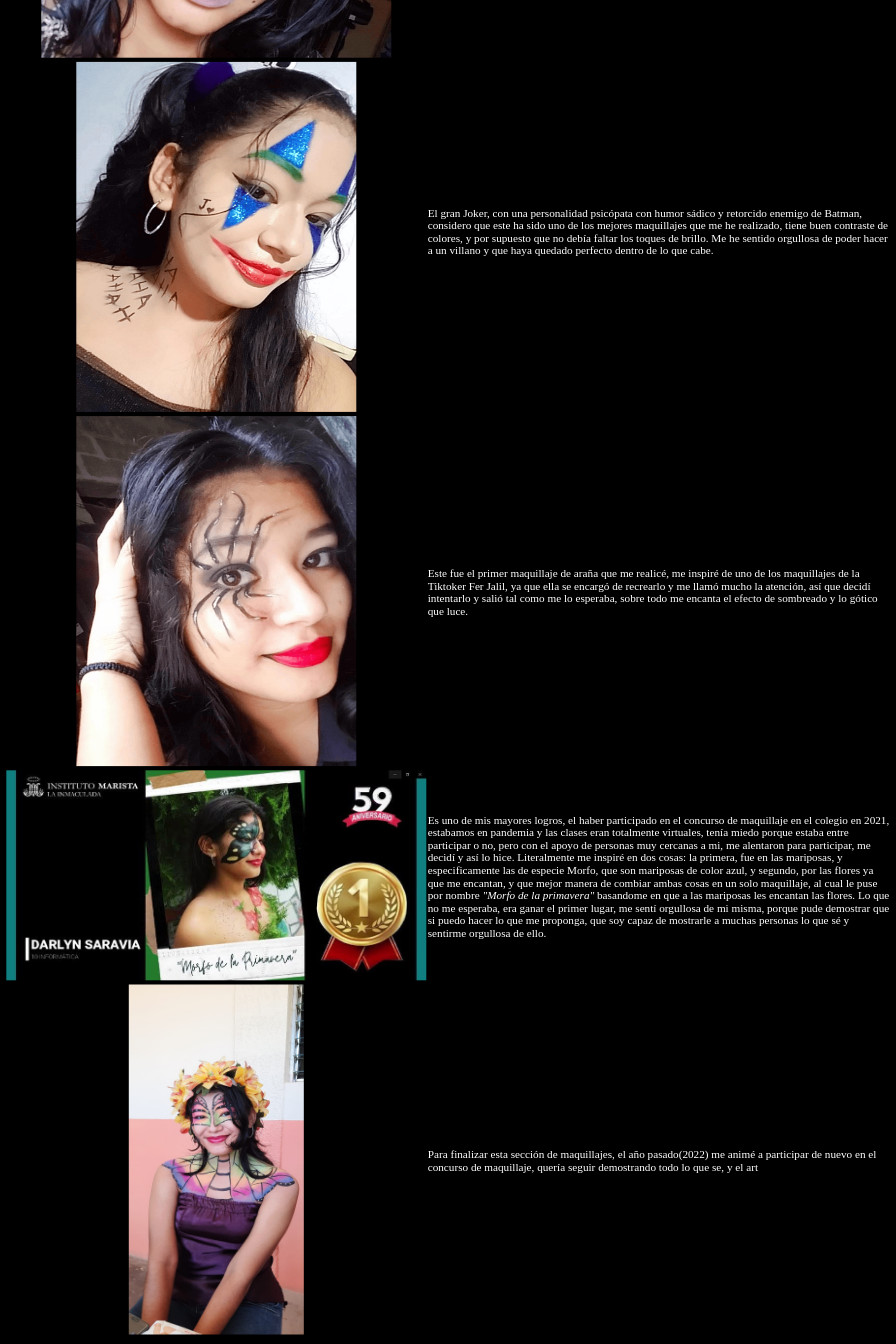
Repository: darlyn-saravia27/portafolio-darlynsaravia
Page: archivoshtml/maquillaje.html
These files come from the project's save history. The page is drawn as it stood at one moment and after the next save; the edit follows.
The browser window is 1280 px wide. The pictures show the part of the page from y = 3088 to 5008 px (the page is 5008 px tall), at 70% of full size.

Above is the page before, as saved 2023-03-07 02:28:16.

### archivoshtml/maquillaje.html
<!DOCTYPE html>
<html lang="es">
<head>
    <meta charset="UTF-8">
    <meta http-equiv="X-UA-Compatible" content="IE=edge">
    <meta name="viewport" content="width=device-width, initial-scale=1.0">
    <title>Maquillaje</title>
</head>
<body bgcolor="black">
    <table align="center" cellspacing="0" width="100%">
        <tr>
            <td align="center" colspan="2">
                <h1><font color="D10E9C">Mis maquillajes</font></h1>
            </td>
            <br>
            <br>
        </tr>
        <tr>
            <td colspan="2">
                <p><font color="white">Como mencionaba anteriormente, uno de mis principales pasatiempos favoritos es maquillarme,
                y es por ello que muestro algunos de los maquillajes artisticos que me he realizado, la
                mayoria de ellos los realicé en Octubre, ya que sentia que tenia mas disponibilidad en mi tiempo
                y pude enfocarme mucho en los detalles y paciencia que cada uno de ellos requiere.</font>
                </p>
                <br>
                <br>
            </td>
        </tr>
        <tr>
            <td align="center">
                <img src="fo1.png" width="300px" height="500px">
            </td>
            <td>
                <font color="white">Este maquillaje representa a una hada, me gusto por su sencillez, y la vivacidad de
                    los colores que este lleva, colores azules tanto oscuros como claros y toques violetas
                    con brillos, obviamente como se puede resaltar la corona de flores que llevo puesta
                    sobre mi cabeza.</font>
                <br>
                <br>
            </td>
        </tr>
        <tr>
            <td align="center">
                <img src="fo2.png" width="300px" height="500px">
            </td>
            <td><font color="white">Este maquillaje es literalmente la representación de una de mis mayores miedos,
                a las arañas, en el cual usé mi color favorito, negro, el cual es muy dificil de difuminar,
                ya que requiere de mucha practica y paciencia, cabe destacar que en esta fotografia es
                la segunda vez que lo hice, ya que le agregue una tela de araña en el otro ojo, y para darle
                un toque gótico los labios negros con brillos amarillos.</font>
                <br>
                <br>
            </td>
        </tr>
        <tr>
            <td align="center">
                <img src="fo3.png" width="340px" height="500px">
            </td>
            <td><font color="white">Este maquillaje es una recreación de la otra madre, de la película
                Coraline, que es la principal antagonista de la historia cuyo origen es desconocido, la
                cual vive en un mundo paralelo al de Coraline cruzando por una pequeña puerta en la sala
                de estar, al cual es llamado <i>"el otro mundo"</i>. En este maquillaje se usa la técnica
                de sombreado a modo de achicar mas la cara y hacerla ver huesuda como popularmente se le dice
                y para dar un toque de color, el uso de labios rojos y sobre los labios, el caracteristico lunar
                de ese ser malvado.</font>
                <br>
                <br>
            </td>
        </tr>
        <tr>
            <td align="center">
                <img src="fo4.png" width="500px" height="400px">
            </td>
            <td><font color="white">Recreación del maquillaje de Morticia Addams, entrando en contexto
                con este personaje, es el corazón, reina y alma de la Familia Addams, se describe como
                una vampiresa de piel pálida, cabello negro lacio, que usa vestidos negros góticos para
                combinar con su pelo. Volviendo al tema, quise recrear el maquillaje de una Tiktoker famosa,
                llamada Dorys Jocelyn Velásquez, la cual es una maquillista profesional y recrea maquillajes
                de todo tipo de ocasión, y por supuesto, los maquillajes artísticos, y me llamo mucho la atención
                el echo de como fucionó el personaje de Morticia con una catrina, tipos de maquillajes que los
                mexicanos usan el día de muertos. Recalco que me fascina trabajar con colores neutros, pero
                con el color negro en cualquier tipo de maquillaje es difícil de manejar, pero que con práctica,
                dedicación y paciencia, todo se hace mas fácil.</font>
                <br>
                <br>
            </td>
        </tr>
        <tr>
            <td align="center">
                <img src="fo5.png" width="300px" height="500px">
            </td>
            <td><font color="white">El maquillarte es como utilizar un lienzo blanco en el cual
                te dejas guiar por tu imaginación y gustos y comienzas a pintar, esta es una breve descripción
                de este maquillaje, ya que quise no lleva un patrón ni guía, simplemente es colorear de la
                manera en que gustes, usando cualquier variedad de tonos de colores, sombras, etc. </font>
                <br>
                <br>
            </td>

        </tr>
        <tr>
            <td align="center">
                <img src="fo6.png" width="500px" height="400px">
            </td>
            <td><font color="white">Quise agregar esta "tierna" fotografía sobre un maquillaje de un animal,
                una osa, representación de la fauna de los bosques, creo que ha sido uno de los mas sencillos
                y fáciles que he realizado.
                </font>
                <br>
                <br>
            </td>
        </tr>
        <tr>
            <td align="center">
                <img src="fo7.png" width="400px" height="500px">
            </td>
            <td><font color="white">El gran Joker, con una personalidad psicópata con humor sádico
                y retorcido enemigo de Batman, considero que este ha sido uno de los mejores maquillajes
                que me he realizado, tiene buen contraste de colores, y por supuesto que no debía faltar
                los toques de brillo. Me he sentido orgullosa de poder hacer a un villano y que haya quedado
                perfecto dentro de lo que cabe.</font>
                <br>
                <br>
            </td>

        </tr>
        <tr>
            <td align="center">
                <img src="fo8.png" width="400px" height="500px">
            </td>
            <td><font color="white">Este fue el primer maquillaje de araña que me realicé, me
                inspiré de uno de los maquillajes de la Tiktoker Fer Jalil, ya que ella se encargó de
                recrearlo y me llamó mucho la atención, así que decidí intentarlo y salió tal como me lo
                esperaba, sobre todo me encanta el efecto de sombreado y lo gótico que luce.
            </font></td>
            <br>
            <br>
        </tr>
        <tr>
            <td align="center">
                <img src="makedada.png" width="600px" height="300px">
            </td>
            <td><font color="white">Es uno de mis mayores logros, el haber participado en el concurso
                de maquillaje en el colegio en 2021, estabamos en pandemia y las clases eran totalmente
                virtuales, tenía miedo porque estaba entre participar o no, pero con el apoyo de personas
                muy cercanas a mi, me alentaron para participar, me decidí y así lo hice.
                Literalmente me inspiré en dos cosas: la primera, fue en las mariposas, y especificamente las
                de especie Morfo, que son mariposas de color azul, y segundo, por las flores ya que me encantan,
                y que mejor manera de combiar ambas cosas en un solo maquillaje, al cual le puse por nombre <i>"Morfo
                de la primavera"</i> basandome en que a las mariposas les encantan las flores.
                Lo que no me esperaba, era ganar el primer lugar, me sentí orgullosa de mi misma, porque
                pude demostrar que si puedo hacer lo que me proponga, que soy capaz de mostrarle a muchas
                personas lo que sé y sentirme orgullosa de ello.
            </font></td>
            <br>
            <br>
        </tr>
        <tr>
            <td align="center">
                <img src="makedada2.png" width="250px" height="500px">
            </td>
            <td><font color="white">Para finalizar esta sección de maquillajes, el año pasado(2022)
                me animé a participar de nuevo en el concurso de maquillaje, quería seguir demostrando todo
                lo que se, y el art
            </font></td>
            <br>
            <br>
        </tr>
    </table>
</body>
</html>

After the next save:
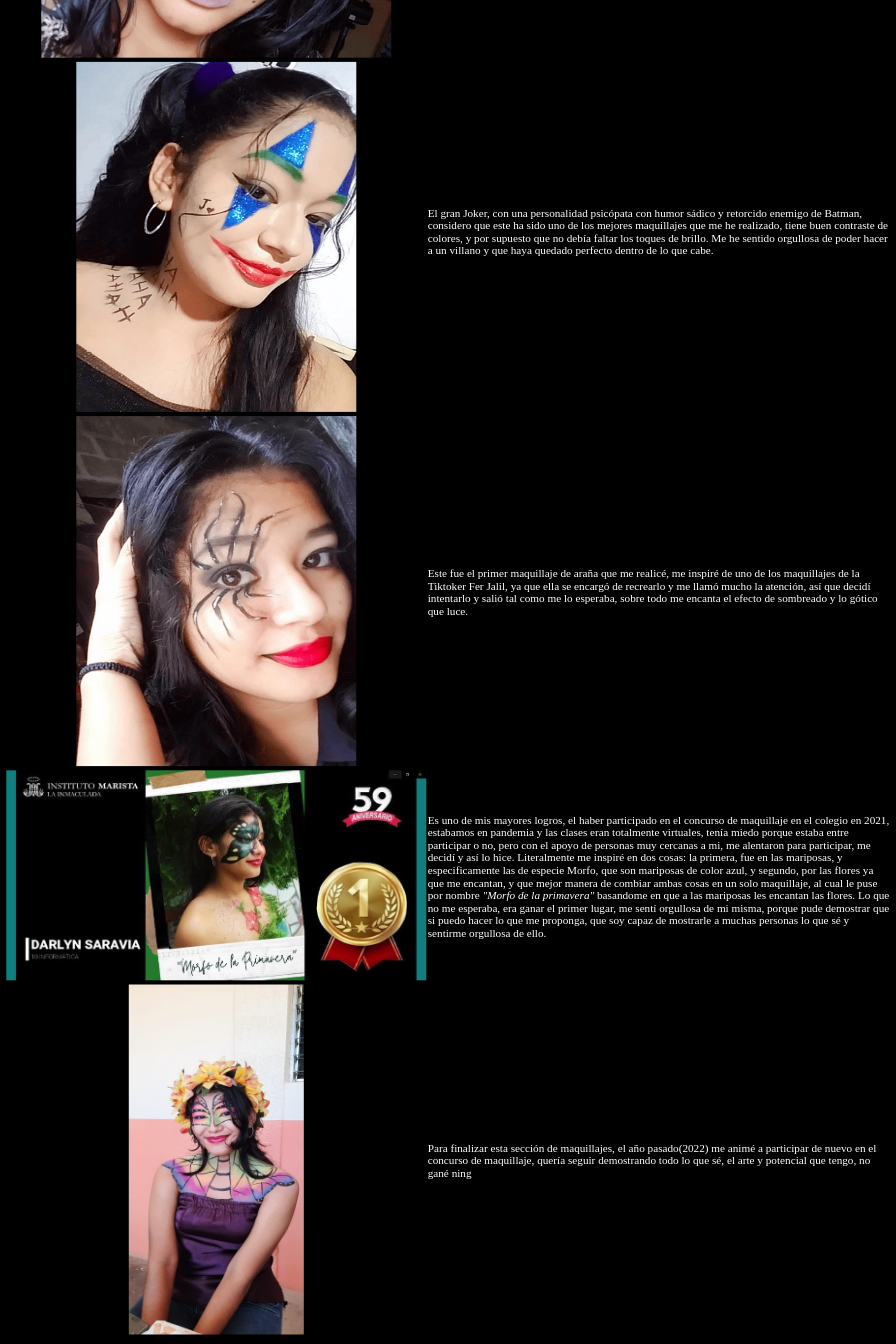
Saved 24 s later.
--- a/archivoshtml/maquillaje.html
+++ b/archivoshtml/maquillaje.html
@@ -161,7 +161,7 @@
             </td>
             <td><font color="white">Para finalizar esta sección de maquillajes, el año pasado(2022)
                 me animé a participar de nuevo en el concurso de maquillaje, quería seguir demostrando todo
-                lo que se, y el art
+                lo que sé, el arte y potencial que tengo, no gané ning
             </font></td>
             <br>
             <br>
